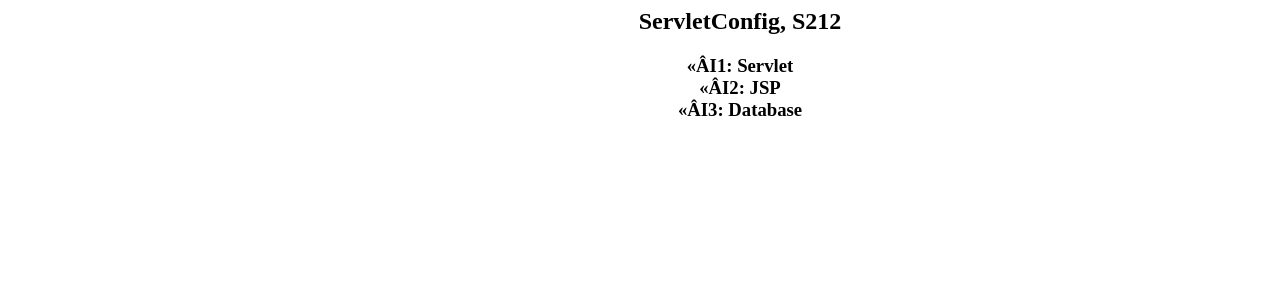
Repository: anxhuang/Java_Web
Page: http://localhost/code/S212
These files come from the project's save history. The page is drawn as it stood at one moment and after the next save; the edit follows.
The browser window is 1280 px wide. The pictures show the whole page.
The page is served by Tomcat 9. Other server files are loaded and not shown.

Above is the page before, as saved 2018-07-17 12:03:14.

### code/src/code/servlet/S212.java
package code.servlet;

import java.io.IOException;
import java.io.PrintWriter;

import javax.servlet.ServletException;
import javax.servlet.annotation.WebServlet;
import javax.servlet.http.HttpServlet;
import javax.servlet.http.HttpServletRequest;
import javax.servlet.http.HttpServletResponse;

/**
 * Servlet implementation class S212
 */
@WebServlet("/S212")
public class S212 extends HttpServlet {
	private static final long serialVersionUID = 1L;

    /**
     * @see HttpServlet#HttpServlet()
     */
    public S212() {
        super();
        // TODO Auto-generated constructor stub
    }

	/**
	 * @see HttpServlet#doGet(HttpServletRequest request, HttpServletResponse response)
	 */
	protected void doGet(HttpServletRequest request, HttpServletResponse response) throws ServletException, IOException {
		// TODO Auto-generated method stub
//		response.getWriter().append("Served at: ").append(request.getContextPath());

		PrintWriter out=response.getWriter();

		out.println("<center><div style='width: 80%; height: 300px; margin-left: 200px'>");
		out.println("<h2>ServletConfig, S212</h2><h3>");
		out.println("­«ÂI1: "+getServletContext().getInitParameter("Part1")+"<br>");//method chaining
		out.println("­«ÂI2: "+getServletContext().getInitParameter("Part2")+"<br>");
		out.println("­«ÂI3: "+getServletContext().getInitParameter("Part3")+"<br>");
		out.println("</h2></h3></div></center>");
	}

	/**
	 * @see HttpServlet#doPost(HttpServletRequest request, HttpServletResponse response)
	 */
	protected void doPost(HttpServletRequest request, HttpServletResponse response) throws ServletException, IOException {
		// TODO Auto-generated method stub
		doGet(request, response);
	}

}

After the next save:
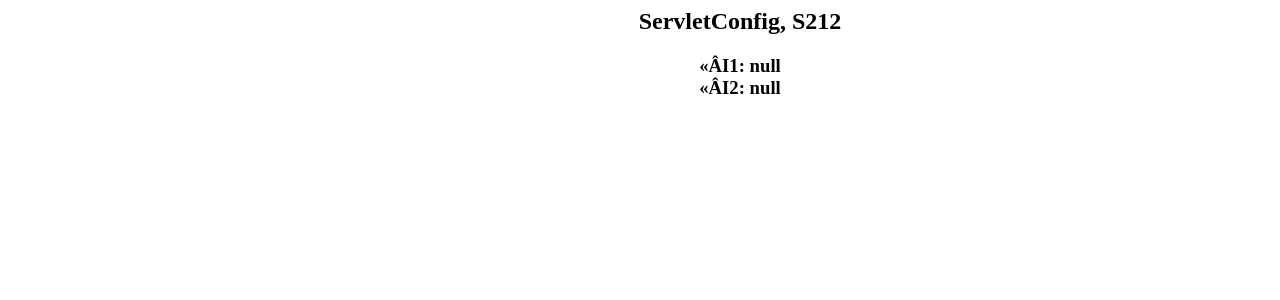
Saved 7 min 16 s later.
--- a/code/src/code/servlet/S212.java
+++ b/code/src/code/servlet/S212.java
@@ -35,9 +35,8 @@ public class S212 extends HttpServlet {
 
 		out.println("<center><div style='width: 80%; height: 300px; margin-left: 200px'>");
 		out.println("<h2>ServletConfig, S212</h2><h3>");
-		out.println("­«ÂI1: "+getServletContext().getInitParameter("Part1")+"<br>");//method chaining
-		out.println("­«ÂI2: "+getServletContext().getInitParameter("Part2")+"<br>");
-		out.println("­«ÂI3: "+getServletContext().getInitParameter("Part3")+"<br>");
+		out.println("­«ÂI1: "+getServletConfig().getInitParameter("Day1")+"<br>");//method chaining
+		out.println("­«ÂI2: "+getServletConfig().getInitParameter("Day2")+"<br>");
 		out.println("</h2></h3></div></center>");
 	}
 
